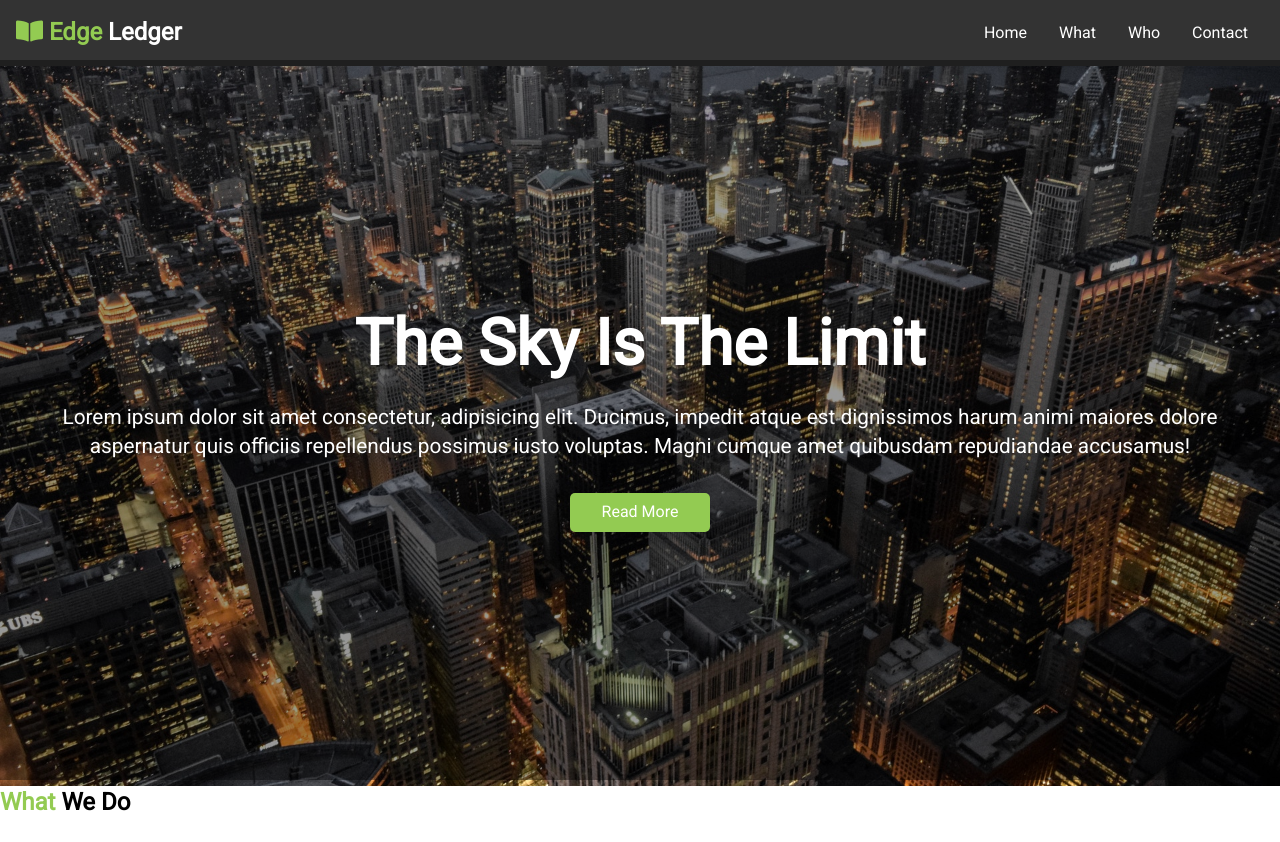
Repository: minhtien9/EdgeLedger-Financial-Web
Page: index.html
An editor plug-in stored every save of this project. The page is shown before and after the next save, followed by the edit.
The browser window is 1280 px wide. The pictures show the whole page.

Above is the page before, as saved 2021-08-16 22:08:14.

After the next save:
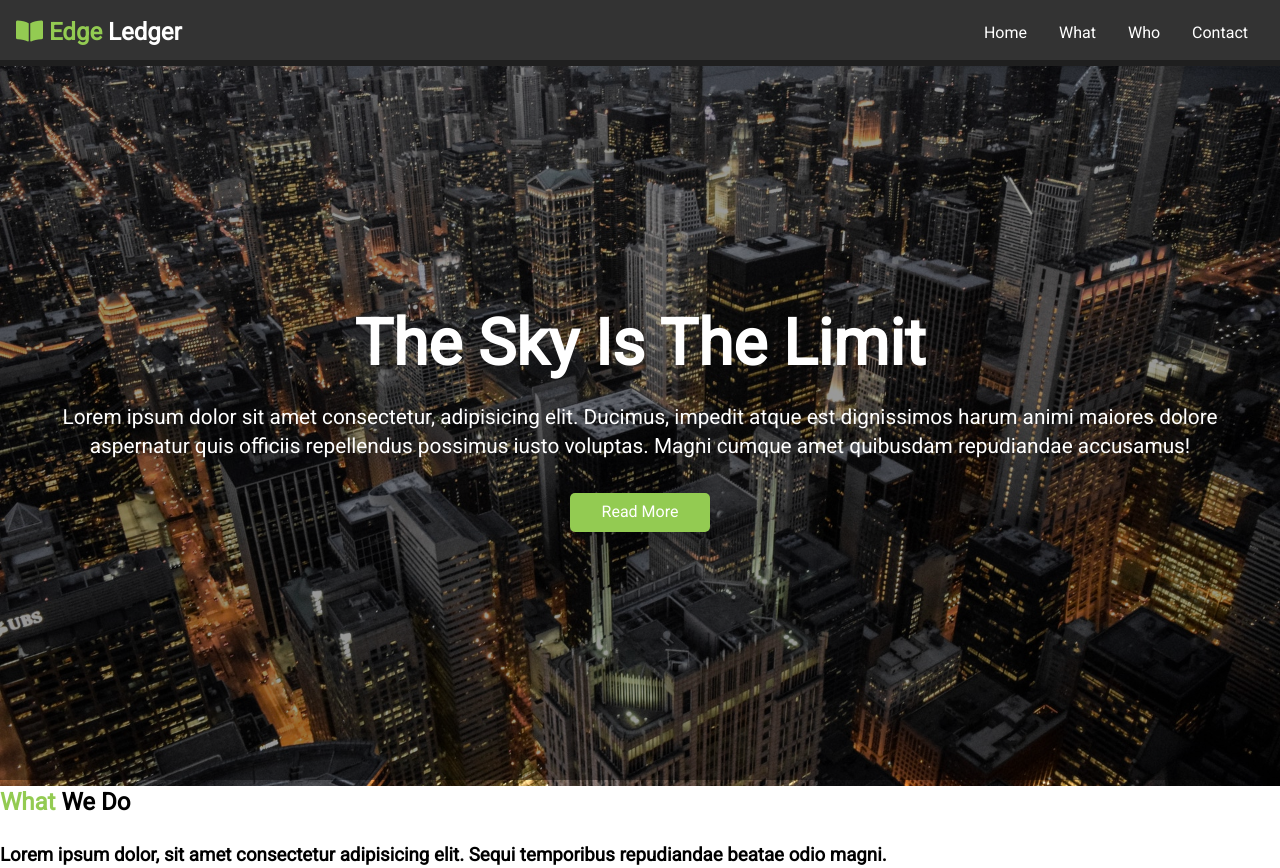
Saved 36 s later.
--- a/index.html
+++ b/index.html
@@ -47,6 +47,11 @@
             <div class="items">
                 <div class="item">
                     <i class="fas fa university fa-2x"></i>
+                    <div>
+                        <h3>
+                            Lorem ipsum dolor, sit amet consectetur adipisicing elit. Sequi temporibus repudiandae beatae odio magni.
+                        </h3>
+                    </div>
                 </div>
                 <div class="item"></div>
                 <div class="item"></div>
